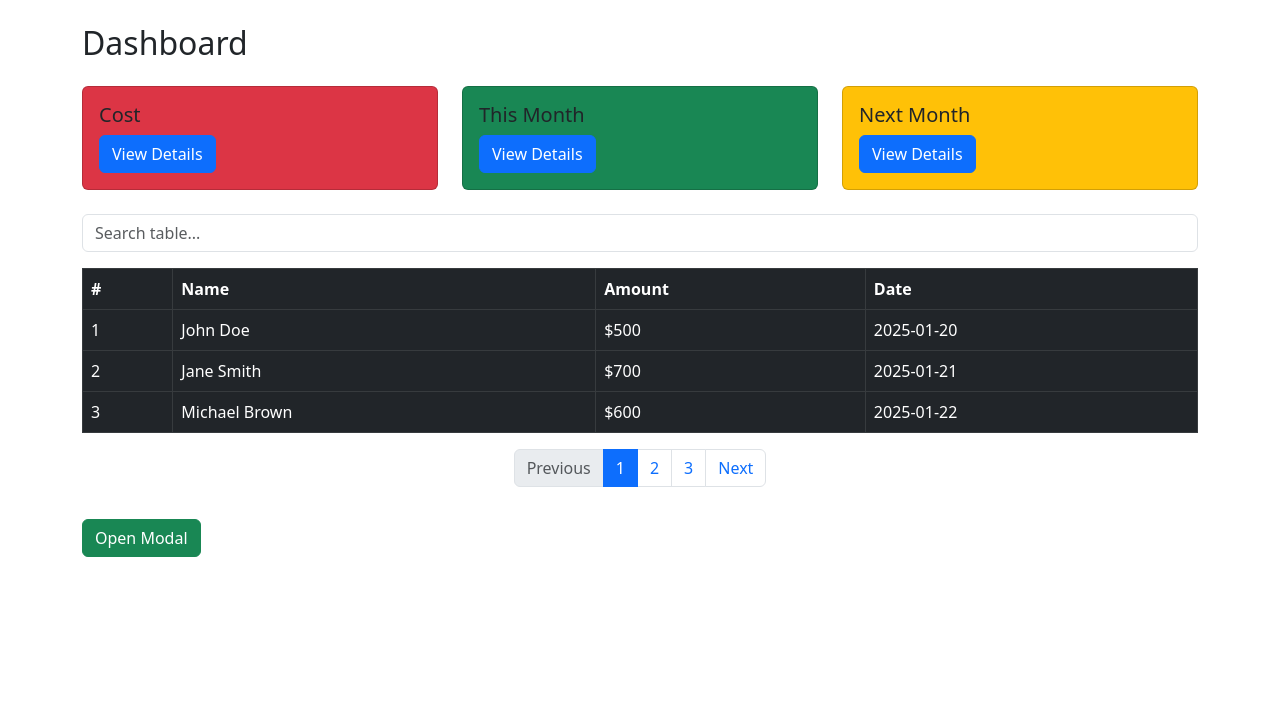
Repository: Dayvid0/BOOTSTRAP-TUTORIALS
Page: BOOTSTRAP-GRID-LAYOUTS/chatgpt.demo.html
These files come from the project's save history. The page is drawn as it stood at one moment and after the next save; the edit follows.
The browser window is 1280 px wide. The pictures show the whole page.

Above is the page before, as saved 2025-02-01 13:38:14.

### BOOTSTRAP-GRID-LAYOUTS/chatgpt.demo.html
<!DOCTYPE html>
<html lang="en">
<head>
    <meta charset="UTF-8">
    <meta name="viewport" content="width=device-width, initial-scale=1.0">
    <title>Dashboard</title>
    <link rel="stylesheet" href="https://cdn.jsdelivr.net/npm/bootstrap@5.3.0/dist/css/bootstrap.min.css">
</head>
<body>
    <div class="container mt-4">
        <h2 class="mb-4">Dashboard</h2>
        <div class="row g-4">
            <!-- Cost Card -->
            <div class="col-md-4">
                <div class="card bg-danger">
                    <div class="card-body">
                        <h5 class="card-title">Cost</h5>
                        <button class="btn btn-primary" type="button" data-bs-toggle="collapse" data-bs-target="#collapseCost" aria-expanded="false">View Details</button>
                        <div class="collapse mt-3" id="collapseCost">
                            <p>Total Cost: $5,000</p>
                        </div>
                    </div>
                </div>
            </div>
            <!-- This Month Card -->
            <div class="col-md-4">
                <div class="card bg-success">
                    <div class="card-body">
                        <h5 class="card-title">This Month</h5>
                        <button class="btn btn-primary" type="button" data-bs-toggle="collapse" data-bs-target="#collapseThisMonth" aria-expanded="false">View Details</button>
                        <div class="collapse mt-3" id="collapseThisMonth">
                            <p>Budget: $2,500</p>
                        </div>
                    </div>
                </div>
            </div>
            <!-- Next Month Card -->
            <div class="col-md-4">
                <div class="card bg-warning">
                    <div class="card-body">
                        <h5 class="card-title">Next Month</h5>
                        <button class="btn btn-primary" type="button" data-bs-toggle="collapse" data-bs-target="#collapseNextMonth" aria-expanded="false">View Details</button>
                        <div class="collapse mt-3" id="collapseNextMonth">
                            <p>Projected Budget: $3,000</p>
                        </div>
                    </div>
                </div>
            </div>
        </div>
        <!-- Search Bar -->
        <div class="mt-4">
            <input type="text" id="searchInput" class="form-control" placeholder="Search table...">
        </div>
        <!-- Data Table -->
        <div class="table-responsive mt-3">
            <table class="table table-dark table-bordered">
                <thead>
                    <tr>
                        <th>#</th>
                        <th>Name</th>
                        <th>Amount</th>
                        <th>Date</th>
                    </tr>
                </thead>
                <tbody id="dataTable">
                    <tr>
                        <td>1</td>
                        <td>John Doe</td>
                        <td>$500</td>
                        <td>2025-01-20</td>
                    </tr>
                    <tr>
                        <td>2</td>
                        <td>Jane Smith</td>
                        <td>$700</td>
                        <td>2025-01-21</td>
                    </tr>
                    <tr>
                        <td>3</td>
                        <td>Michael Brown</td>
                        <td>$600</td>
                        <td>2025-01-22</td>
                    </tr>
                </tbody>
            </table>
        </div>
        <!-- Pagination -->
        <nav aria-label="Page navigation">
            <ul class="pagination justify-content-center">
                <li class="page-item disabled"><a class="page-link" href="#">Previous</a></li>
                <li class="page-item active"><a class="page-link" href="#">1</a></li>
                <li class="page-item"><a class="page-link" href="#">2</a></li>
                <li class="page-item"><a class="page-link" href="#">3</a></li>
                <li class="page-item"><a class="page-link" href="#">Next</a></li>
            </ul>
        </nav>
        <!-- Modal -->
        <button type="button" class="btn btn-success mt-3" data-bs-toggle="modal" data-bs-target="#infoModal">Open Modal</button>
        <div class="modal fade" id="infoModal" tabindex="-1">
            <div class="modal-dialog">
                <div class="modal-content">
                    <div class="modal-header">
                        <h5 class="modal-title">Modal Title</h5>
                        <button type="button" class="btn-close" data-bs-dismiss="modal"></button>
                    </div>
                    <div class="modal-body">
                        This is a sample modal with information.
                    </div>
                    <div class="modal-footer">
                        <button type="button" class="btn btn-secondary" data-bs-dismiss="modal">Close</button>
                    </div>
                </div>
            </div>
        </div>
    </div>
    <script src="https://cdn.jsdelivr.net/npm/bootstrap@5.3.0/dist/js/bootstrap.bundle.min.js"></script>
    <script>
        // Search functionality
        document.getElementById('searchInput').addEventListener('keyup', function() {
            let filter = this.value.toLowerCase();
            let rows = document.querySelectorAll('#dataTable tr');
            rows.forEach(row => {
                let text = row.innerText.toLowerCase();
                row.style.display = text.includes(filter) ? '' : 'none';
            });
        });
    </script>
</body>
</html>

After the next save:
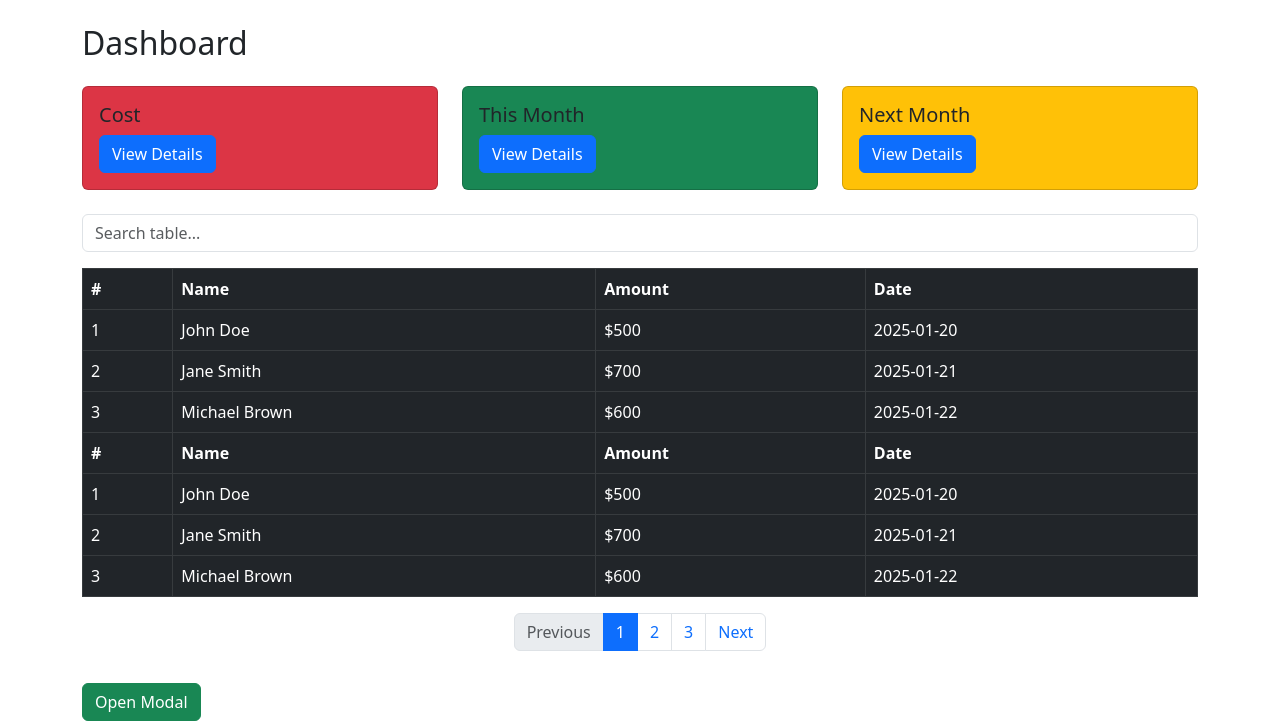
Saved 2 min 20 s later.
--- a/BOOTSTRAP-GRID-LAYOUTS/chatgpt.demo.html
+++ b/BOOTSTRAP-GRID-LAYOUTS/chatgpt.demo.html
@@ -81,6 +81,30 @@
                         <td>$600</td>
                         <td>2025-01-22</td>
                     </tr>
+                    <tr>
+                      <th>#</th>
+                      <th>Name</th>
+                      <th>Amount</th>
+                      <th>Date</th>
+                  </tr>
+                  <tr>
+                      <td>1</td>
+                      <td>John Doe</td>
+                      <td>$500</td>
+                      <td>2025-01-20</td>
+                  </tr>
+                  <tr>
+                      <td>2</td>
+                      <td>Jane Smith</td>
+                      <td>$700</td>
+                      <td>2025-01-21</td>
+                  </tr>
+                  <tr>
+                      <td>3</td>
+                      <td>Michael Brown</td>
+                      <td>$600</td>
+                      <td>2025-01-22</td>
+                  </tr>
                 </tbody>
             </table>
         </div>
